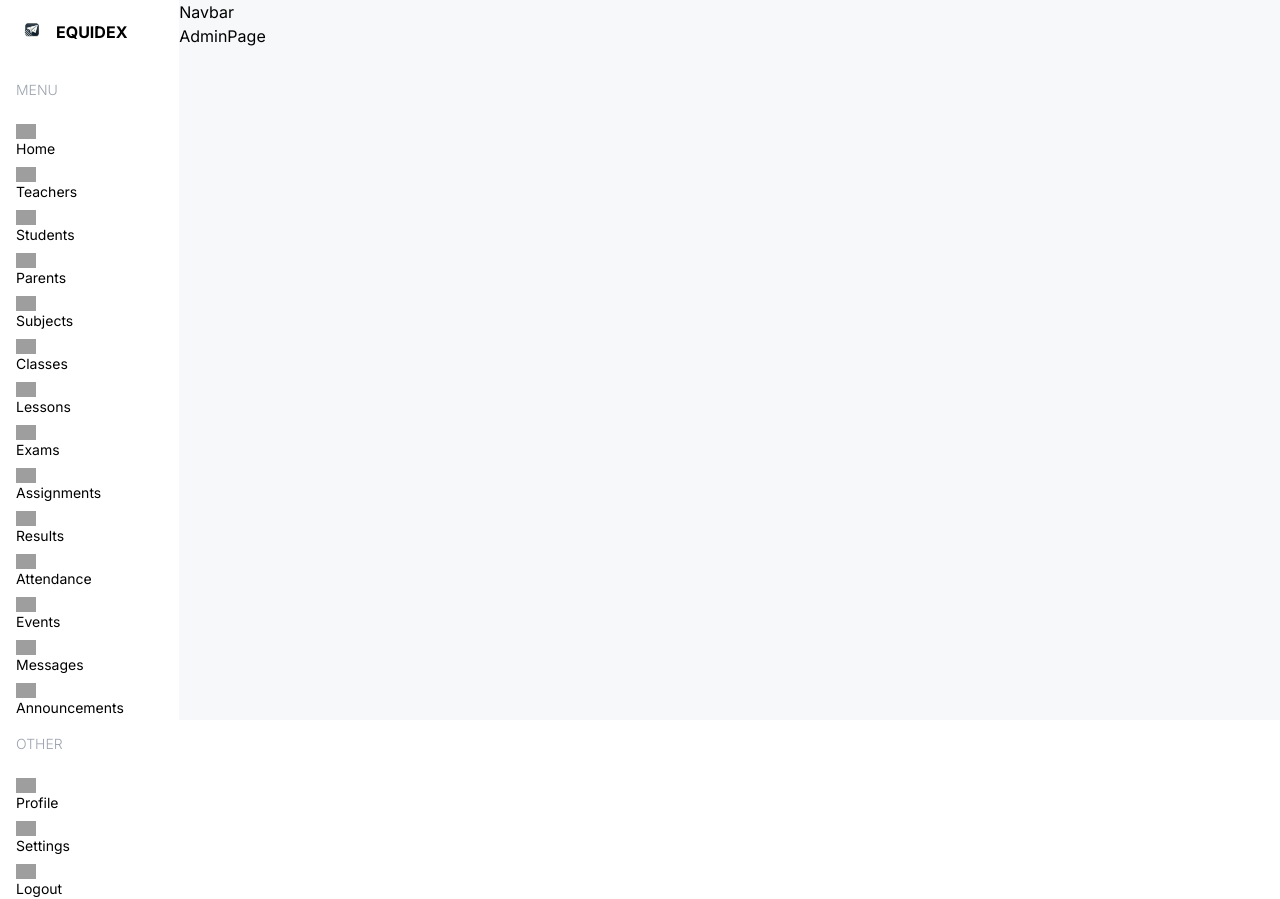
Repository: MikeeBuilds/equidex
Page: /admin
These files come from the project's save history. The page is drawn as it stood at one moment and after a run of saves; the edit follows.
The browser window is 1280 px wide. The pictures show the whole page.
Pictures or frames that could not be fetched are drawn as grey boxes. The project was rebuilt for these pictures with package versions that can differ from the ones it lists, and the page was loaded fresh each time. The framework's server and built-in components were replaced by stand-ins that run in the browser. Also part of the build but not shown: next.config.mjs.

Above is the page before, as saved 2024-09-24 17:09:16.

After the next 4 saves:
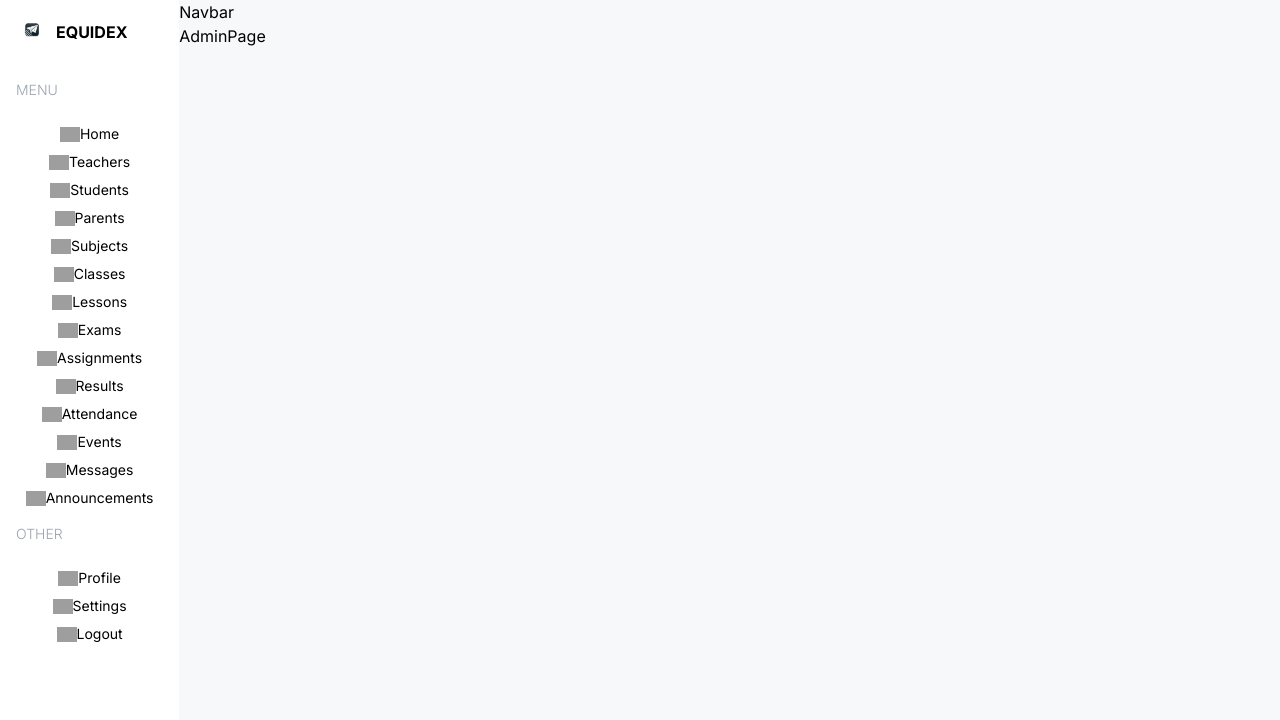
The 4 saves are shown as one change because they came seconds apart.
The last was saved 15 s later.
--- a/src/components/Menu.tsx
+++ b/src/components/Menu.tsx
@@ -123,7 +123,7 @@
         <div className="flex flex-col gap-2" key={i.title}>
           <span className="hidden lg:block text-gray-400 font-light my-4">{i.title}</span>
           {i.items.map(item => (
-            <Link className="" href={item.href} key={item.label}>
+            <Link className="flex items-center justify-center" href={item.href} key={item.label}>
               <Image src={item.icon} alt="" width={20} height={20} />
               <span>{item.label}</span>
             </Link>
